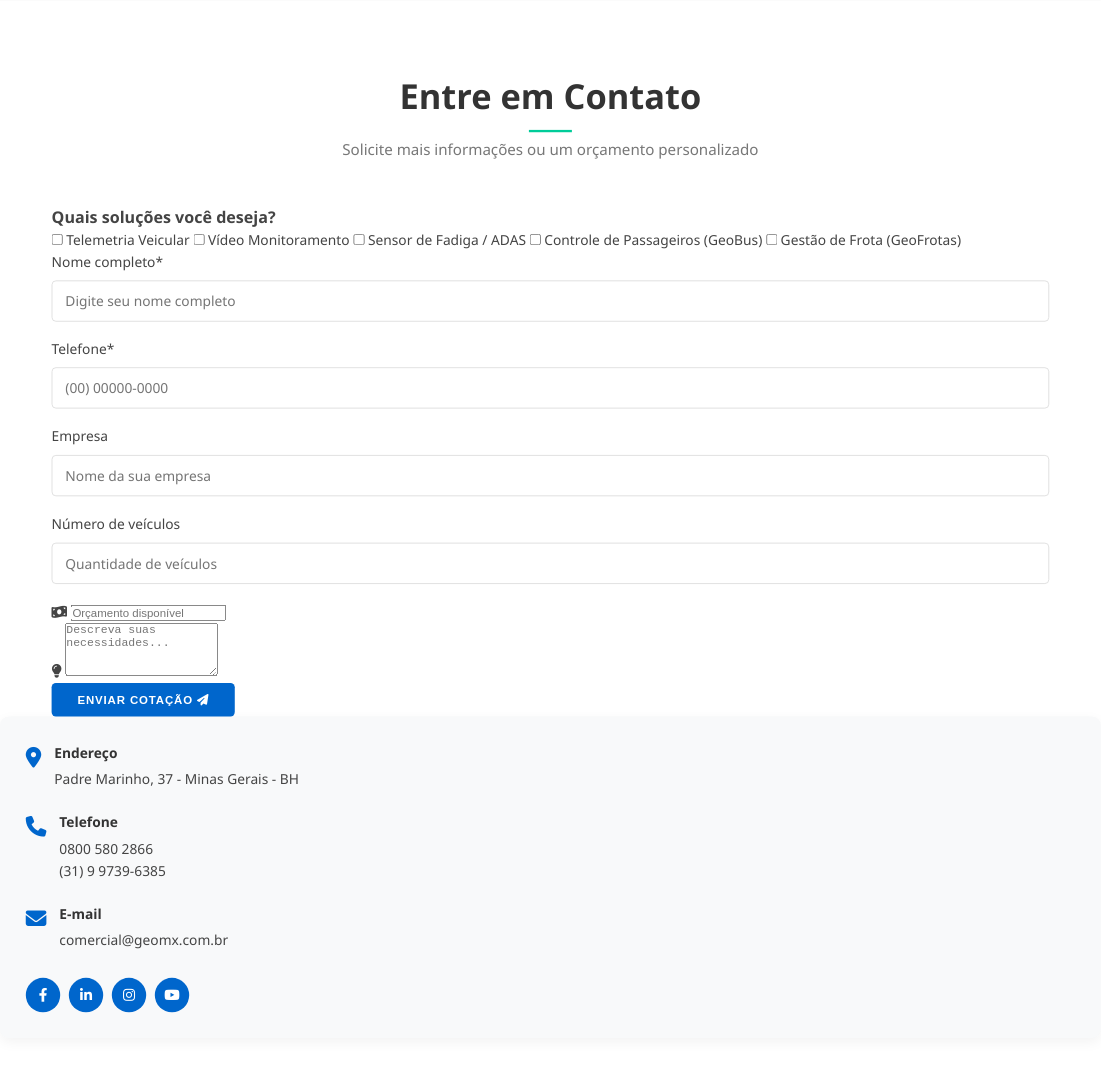
Repository: rocha1579/geomx
Page: telemetria.html
These files come from the project's save history. The page is drawn as it stood at one moment and after the next save; the edit follows.
The browser window is 1280 px wide. The pictures show the part of the page from y = 2314 to 3575 px (the page is 4469 px tall before and 4444 px after), at 86% of full size.
Pictures or frames that could not be fetched are drawn as grey boxes. Backgrounds fixed to the window are drawn as part of the page.

Above is the page before, as saved 2025-05-05 11:39:39.
Not found: menu-fix.js

After the next save:
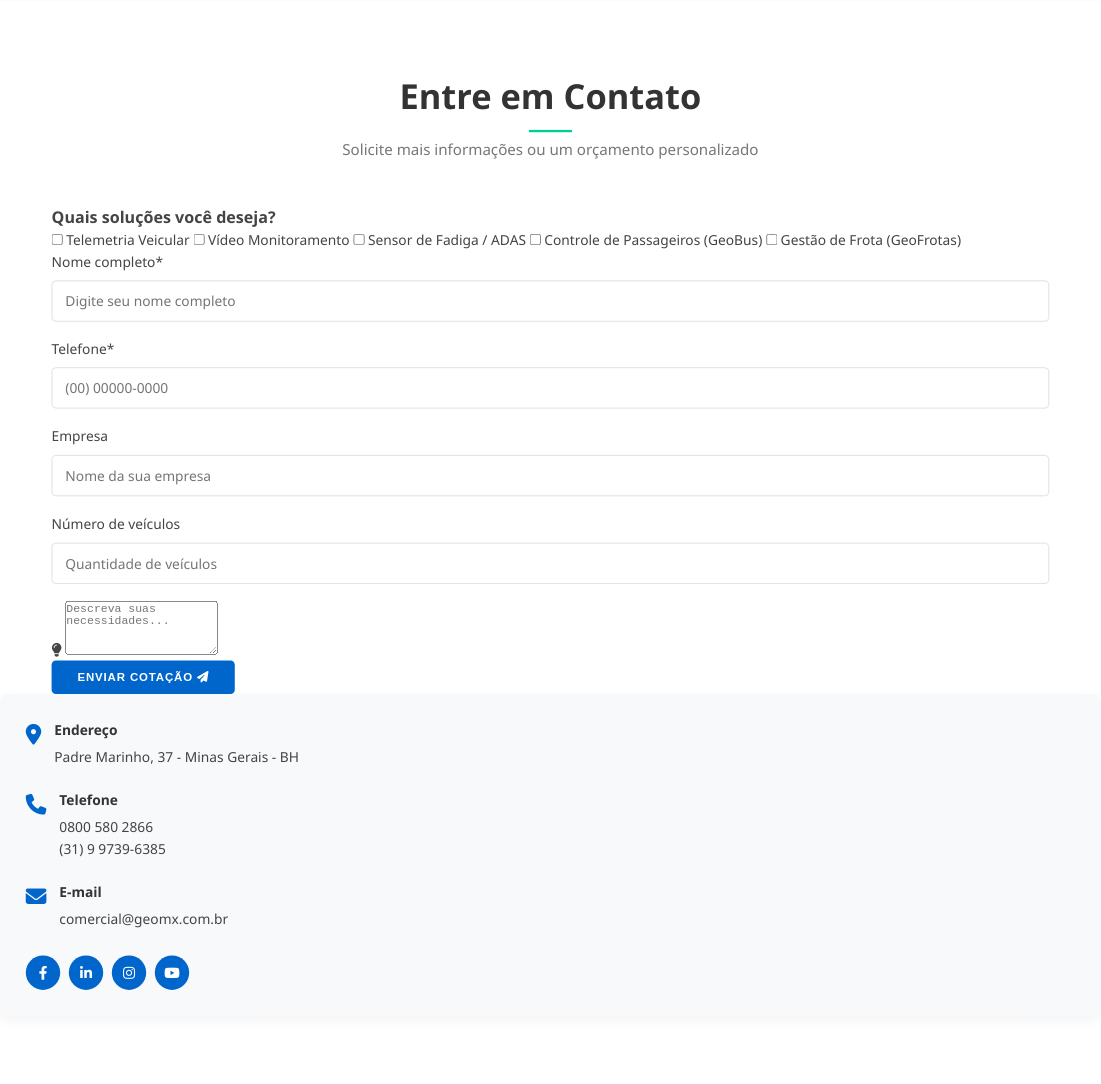
Saved 35 s later.
--- a/telemetria.html
+++ b/telemetria.html
@@ -388,11 +388,7 @@
                     </div>
                 </div>
 
-                <!-- Orçamento -->
-                <div class="input-group">
-                    <i class="fas fa-money-bill-wave"></i>
-                    <input type="text" name="investimento" placeholder="Orçamento disponível">
-                </div>
+
 
                 <!-- Detalhes -->
                 <div class="input-group">
